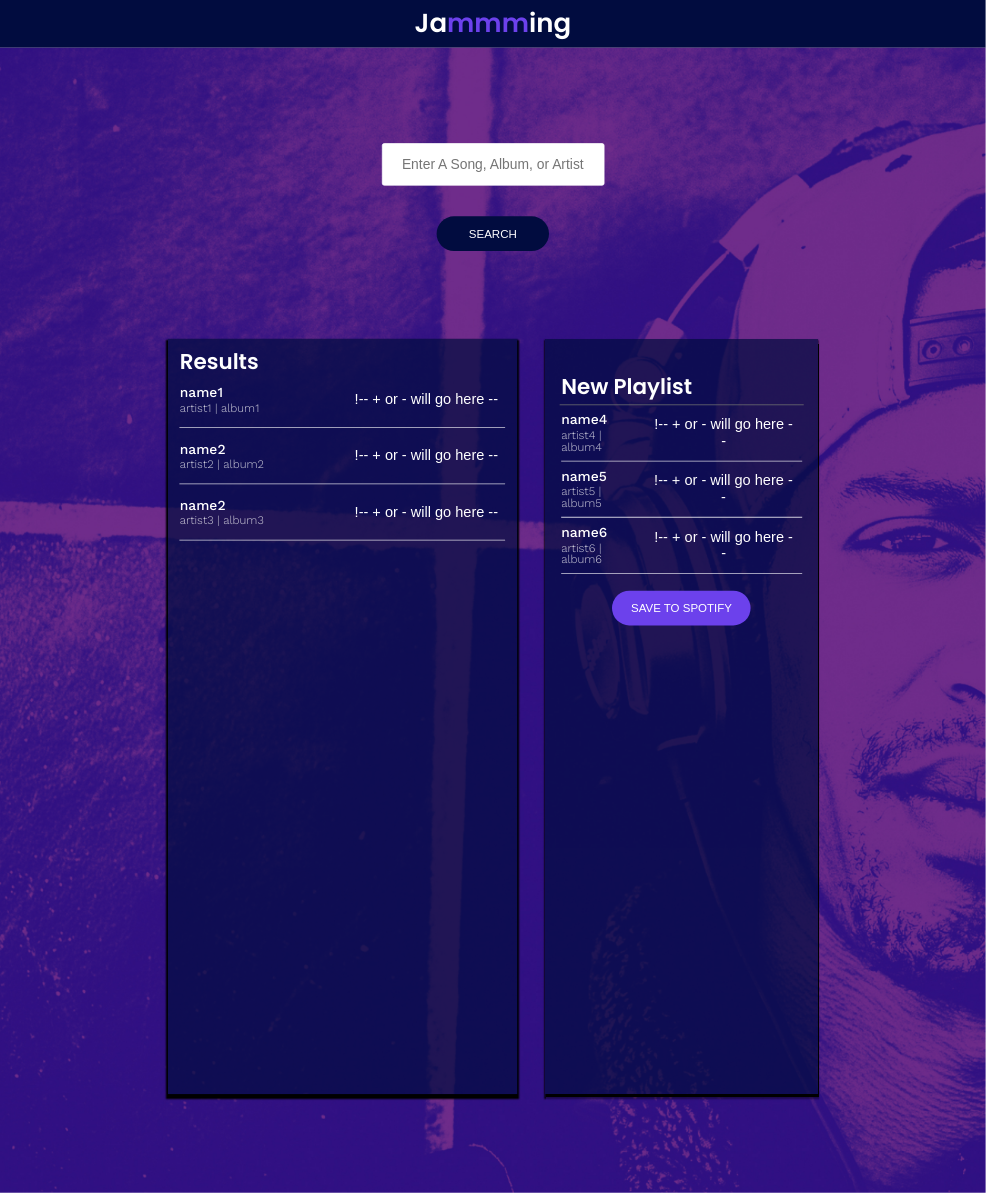
Repository: Haviles04/jammming
Page: /
These files come from the project's save history. The page is drawn as it stood at one moment and after the next save; the edit follows.
The browser window is 1280 px wide. The pictures show the whole page, at 77% of full size.
The project was rebuilt for these pictures with package versions that can differ from the ones it lists, and the page was loaded fresh each time.

Above is the page before, as saved 2022-10-26 11:58:05.

### public/index.html
<!DOCTYPE html>
<html lang="en">
  <head>
    <meta charset="utf-8" />

    <meta name="viewport" content="width=device-width, initial-scale=1" />
    <meta name="theme-color" content="#000000" />
    <meta
      name="Jammming"
      content="A Codecademy Project built using the spotify APO"
    />
    <link rel="stylesheet" href="./reset.css" />
    <link rel="preconnect" href="https://fonts.googleapis.com" />
    <link rel="preconnect" href="https://fonts.gstatic.com" crossorigin />
    <link
      href="https://fonts.googleapis.com/css2?family=Poppins:wght@600&family=Work+Sans:wght@300;500&display=swap"
      rel="stylesheet"
    />

    <link rel="manifest" href="%PUBLIC_URL%/manifest.json" />
    <!--
      Notice the use of %PUBLIC_URL% in the tags above.
      It will be replaced with the URL of the `public` folder during the build.
      Only files inside the `public` folder can be referenced from the HTML.

      Unlike "/favicon.ico" or "favicon.ico", "%PUBLIC_URL%/favicon.ico" will
      work correctly both with client-side routing and a non-root public URL.
      Learn how to configure a non-root public URL by running `npm run build`.
    -->
    <title>Jammming</title>
  </head>
  <body>
    <noscript>You need to enable JavaScript to run this app.</noscript>
    <div id="root"></div>
    <!--
      This HTML file is a template.
      If you open it directly in the browser, you will see an empty page.

      You can add webfonts, meta tags, or analytics to this file.
      The build step will place the bundled scripts into the <body> tag.

      To begin the development, run `npm start` or `yarn start`.
      To create a production bundle, use `npm run build` or `yarn build`.
    -->
  </body>
</html>

### src/components/App/App.js
import React from "react";
import "./App.css";
import SearchBar from "../SearchBar/SearchBar";
import SearchResult from "../SearchResults/SearchResults";
import Playlist from "../Playlist/Playlist";

class App extends React.Component {
  constructor(props) {
    super(props);

    this.state = {
      searchResults: [
        { name: "name1", artist: "artist1", album: "album1", id: 1 },
        { name: "name2", artist: "artist2", album: "album2", id: 2 },
        { name: "name2", artist: "artist3", album: "album3", id: 3 },
      ],
      playlistName: "My Playlist",
      playlistTracks: [
        { name: "name4", artist: "artist4", album: "album4", id: 4 },
        { name: "name5", artist: "artist5", album: "album5", id: 5 },
        { name: "name6", artist: "artist6", album: "album6", id: 6 },
      ],
    };
    this.addTrack = this.addTrack.bind(this);

  }

    addTrack(track){
      let tracks = this.state.playlistTracks;
      if(tracks.find( prevTrack => prevTrack.id === track.id)){
        return;
      }
      tracks.push(track);
      this.setState({playlistTracks: tracks});
    }

  render() {
    return (
      <div>
        <h1>
          Ja<span className="highlight">mmm</span>ing
        </h1>
        <div className="App">
          <SearchBar />
          <div className="App-playlist">
            <SearchResult searchResults={this.state.searchResults} onAdd={this.addTrack} />
            <Playlist playlistName={this.state.playlistName} playlistTracks={this.state.playlistTracks}/>
          </div>
        </div>
      </div>
    );
  }
}
export default App;

### src/components/App/App.css
body,
html,
#root {
  height: 100%;
}

html {
  font-size: 18px;
}

h1 {
  padding: .77rem 0;
  background-color: #010c3f;
  text-align: center;
  font-family: 'Poppins', sans-serif;
  font-size: 1.88rem;
  color: #fff;
  margin: 0;
}

h1 .highlight {
  color: #6c41ec;
}

h2 {
  font-family: 'Poppins', sans-serif;
  font-size: 1.55rem;
}

.App {
  height: 100%;
  padding: 0 17% 10% 17%;
  background-image: url('./background_photo_desktop.jpg');
  background-size: cover;
  background-position: center;
  background-repeat: no-repeat;
  font-family: 'Work Sans', sans-serif;
  font-weight: 500;
  color: #fff;
}

.App-playlist {
  display: flex;
  justify-content: space-between;
  width: 100%;
}

@media only screen and (max-width: 1020px) {
  .App-playlist {
    align-items: center;
    flex-direction: column;
  }
}

### src/components/SearchBar/SearchBar.js
import React from "react";
import './SearchBar.css'
class SearchBar extends React.Component {
  render(){
  return (
    <div className="SearchBar">
      <input placeholder="Enter A Song, Album, or Artist" />
      <button className="SearchButton">SEARCH</button>
    </div>
  );
}
}
export default SearchBar;

### src/components/SearchResults/SearchResults.js
import React from "react";
import TrackList from "../TrackList/TrackList";
import './SearchResults.css'

class SearchResults extends React.Component{
  render(){
  return (
    <div className="SearchResults">
      <h2>Results</h2>
      <TrackList tracks={this.props.searchResults} onAdd={this.props.onAdd} isRemoval={false} />
    </div>
  );
}
}
export default SearchResults;

### src/components/Playlist/Playlist.js
import React from "react";
import './Playlist.css'
import TrackList from "../TrackList/TrackList";
class Playlist extends React.Component {
  render(){
  return (
    <div className="Playlist">
      <input value="New Playlist" />
      <TrackList tracks={this.props.playlistTracks} />
      <button className="Playlist-save">SAVE TO SPOTIFY</button>
    </div>
  );
}
}
export default Playlist;

### src/components/SearchBar/SearchBar.css
.SearchBar {
    display: flex;
    flex-direction: column;
    align-items: center;
    padding-top: 6.94rem;
    margin-bottom: 6.33rem;
  }

  .SearchBar input {
    width: 287px;
    padding: .88rem 0;
    border: 1px solid #fff;
    border-radius: 3px;
    margin-bottom: 2.22rem;
    color: #010c3f;
    text-align: center;
    font-size: 1rem;
  }

  .SearchBar input:focus {
    outline: none;
  }

  .SearchButton {
    cursor: pointer;
    width: 8.11rem;
    padding: .77rem 0;
    border-radius: 54px;
    background-color: #010c3f;
    text-align: center;
    font-size: .833rem;
    transition: background-color .25s;
    border: 0px;
    color: #fff;
    font-weight: 500;
  }

  .SearchButton:hover {
    background-color: rgba(108, 65, 233, .7);
  }

### src/components/TrackList/TrackList.js
import React from "react";
import Track from "../Track/Track";

import "./TrackList.css";
class TrackList extends React.Component {
  render() {
    return (
      <div className="TrackList">
        {this.props.tracks.map( (track) => {
          return <Track track={track} onAdd={this.props.onAdd} id={track.id}/>
        })}
      </div>
    )
  }
}
export default TrackList;

### src/components/Playlist/Playlist.css
.Playlist {
    display: flex;
    flex-direction: column;
    align-items: center;
    overflow-y: scroll;
    width: 37%;
    max-height: 950px;
    padding: 2.27rem 1.16rem;
    background-color: rgba(1, 12, 63, 0.7);
    box-shadow: 0 4px 2px 2px #000000;
  }

  .Playlist input {
    width: 100%;
    border: 0;
    outline: 0;
    background: transparent;
    border-bottom: 1px solid #6f6f6f;
    font-family: 'Poppins', sans-serif;
    font-size: 1.55rem;
    color: #fff;
  }

  .Playlist-save {
    cursor: pointer;
    width: 10rem;
    padding: .77rem 0;
    border-radius: 54px;
    border-width: 0px;
    margin-top: 1.27rem;
    background-color: #6c41ec;
    text-align: center;
    font-size: .83rem;
    transition: background-color .25s;
    color: #fff;
    font-weight: 500;
  }

  .Playlist-save:hover {
    background-color: rgba(108, 65, 233, .7);
  }

  ::-webkit-scrollbar {
      width: 0px;
      background: transparent;
  }

  @media only screen and (max-width: 1020px) {
    .Playlist {
      width: 90%;
    }
  }

### src/components/Track/Track.jsx
import React from "react";
import './Track.css'

class Track extends React.Component{

  addTrack(){
    this.props.onAdd(this.props.track);
  }



  render(){
  return (
    <div className="Track">
      <div className="Track-information">
        <h3>{this.props.track.name}</h3>
        <p>{this.props.track.artist} | {this.props.track.album}</p>
      </div>
      <button className="Track-action">!-- + or - will go here --</button>
    </div>
  );
}
}
export default Track;

Loaded but not shown: src/index.js (common file); src/index.css (common file); src/reportWebVitals.js (common file); src/components/SearchResults/SearchResults.css (common file); src/components/TrackList/TrackList.css (common file); src/components/Track/Track.css (common file); public/reset.css (common file)

After the next save:
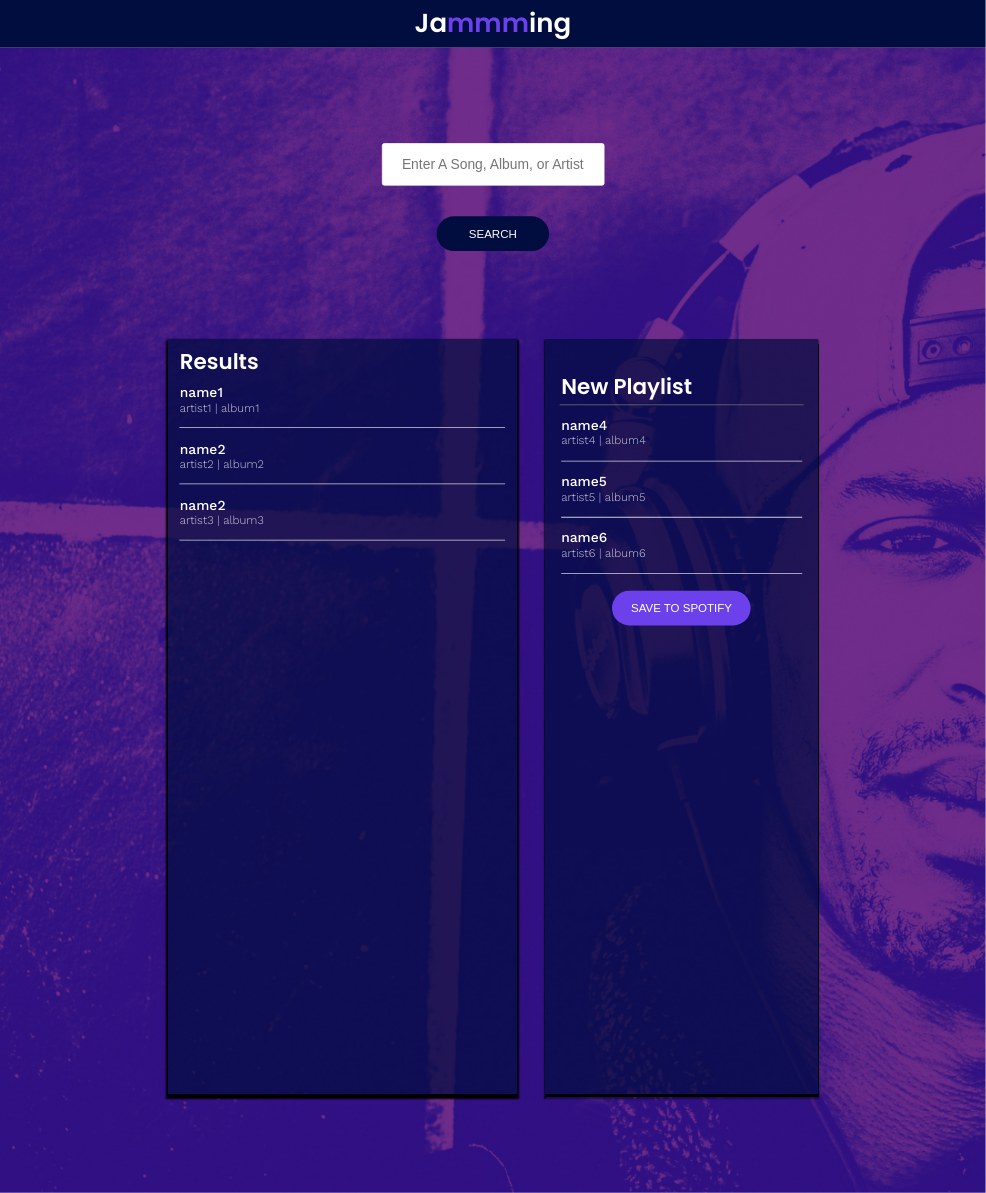
Saved 2 min 42 s later.
--- a/src/components/Track/Track.jsx
+++ b/src/components/Track/Track.jsx
@@ -2,6 +2,15 @@ import React from "react";
 import './Track.css'
 
 class Track extends React.Component{
+
+  renderAction(){
+    if(this.props.isRemoval){
+      return  <button className="Track-action">-</button>
+    }else{
+      return  <button className="Track-action">+</button>
+    }
+  }
+
 
   addTrack(){
     this.props.onAdd(this.props.track);
@@ -16,7 +25,6 @@ class Track extends React.Component{
         <h3>{this.props.track.name}</h3>
         <p>{this.props.track.artist} | {this.props.track.album}</p>
       </div>
-      <button className="Track-action">!-- + or - will go here --</button>
     </div>
   );
 }
